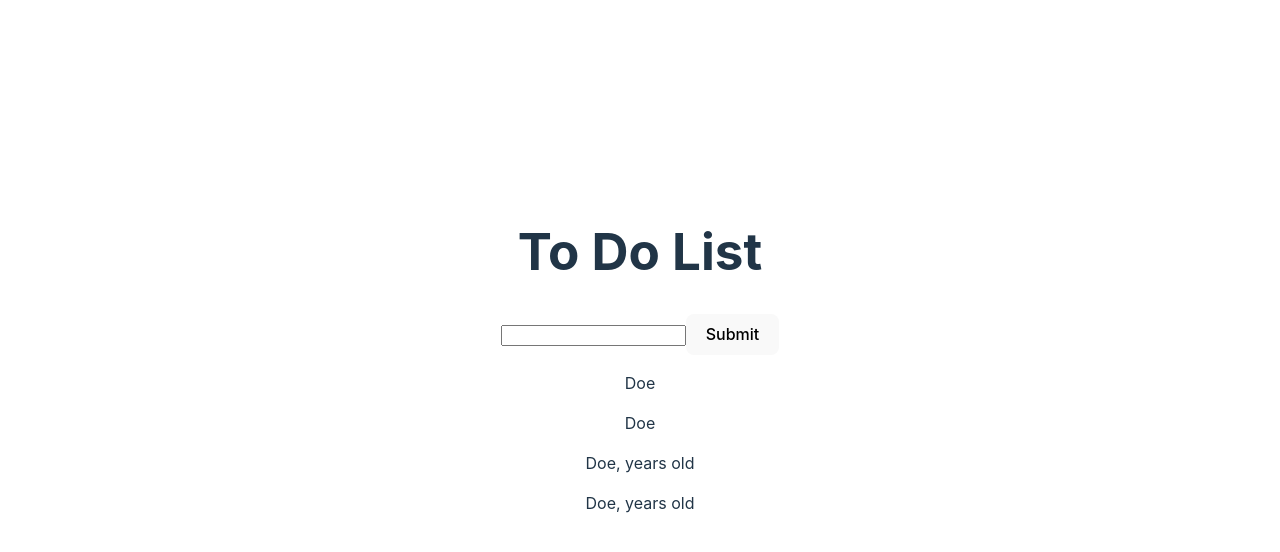
Repository: Jennica1/FRONT_END_WEEK06
Page: / (app in react/)
An editor plug-in stored every save of this project. The page is shown before and after the next save, followed by the edit.
The browser window is 1280 px wide. The pictures show the whole page.
The project was rebuilt for these pictures with package versions that can differ from the ones it lists, and the page was loaded fresh each time. Also part of the build but not shown: react/vite.config.js.

Above is the page before, as saved 2024-10-10 12:32:18.

After the next save:
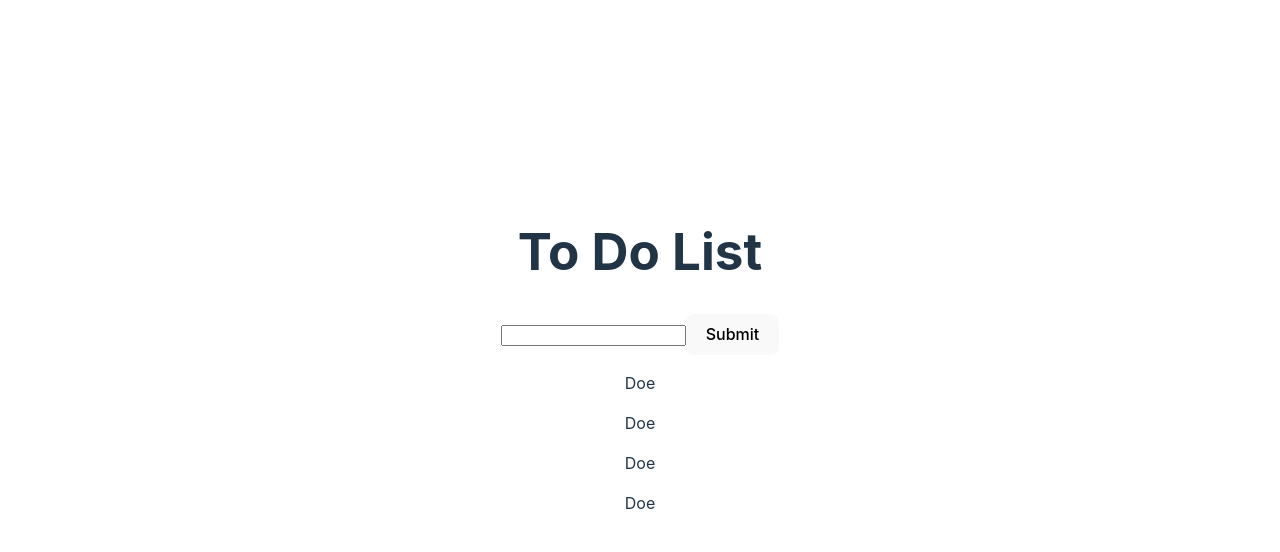
Saved 11 s later.
--- a/react/src/components/TaskForm.jsx
+++ b/react/src/components/TaskForm.jsx
@@ -29,7 +29,7 @@ function TaskForm() {
     age: 0,
   });
 
-  const studentListUI = tasks.map((student, index) => <p key={index}>{student.lastName}, {student.age} years old</p>
+  const studentListUI = tasks.map((student, index) => <p key={index}>{student.lastName}</p>
   );
 
   const newListUI = tasks.map((student, index) => <p key={index}>{student.lastName}</p>
